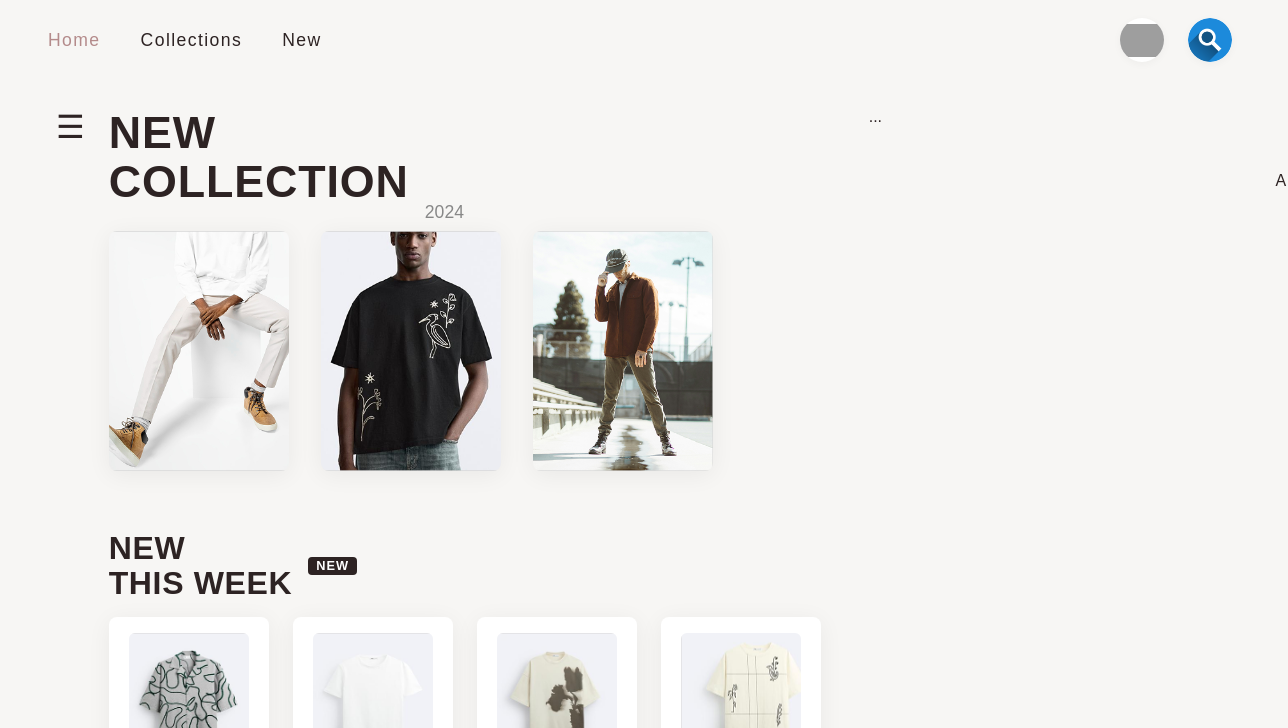
Repository: Diegoms0595/retail-dashboard-app
Page: index.html
These files come from the project's save history. The page is drawn as it stood at one moment and after the next save; the edit follows.
The browser window is 1280 px wide. The page is 1288 px wide, so the pictures cover 1288 px, including what lies to the right of the window. The pictures show the whole page.
Pictures or frames that could not be fetched are drawn as grey boxes. An inner scrolling area shows only its first screen.

Above is the page before, as saved 2025-06-24 20:32:10.

### index.html
<!DOCTYPE html>
<html lang="en">
<head>
  <meta charset="UTF-8" />
  <meta name="viewport" content="width=device-width, initial-scale=1.0"/>
  <title>XIV Fashion Home</title>
  <link rel="stylesheet" href="style.css" />
</head>
<body>

  <div data-include="header.html"></div>

  <div class="main-wrapper">
    <aside class="sidebar" id="sidebar">
      <div class="sidebar-menu">
        <span class="menu-icon" id="menuToggle">&#9776;</span>
        <div class="sidebar-links" id="sidebarLinks">
          <span>Home</span>
          <span>Collections</span>
          <span>New</span>
        </div>
      </div>
    </aside>

    <main class="main-content">
      <section class="hero-section">
        <div class="section-header">
          <h1 class="hero-title">NEW<br>COLLECTION</h1>
          <span class="section-subtitle">2024</span>
        </div>
        <div class="hero-products">
          <img src="Assets/hero1.png" alt="Product 1" />
          <img src="Assets/hero2.png" alt="Product 2" />
          <img src="Assets/hero3.png" alt="Product 3" />
        </div>
      </section>

      <section class="week-section">
        <div class="section-header">
          <h2 class="section-title">NEW<br>THIS WEEK <span class="new-badge">NEW</span></h2>
        </div>
        <div class="week-products">
          <div class="week-product">
            <img src="Assets/week1.png" alt="Pattern Shirt" />
            <div class="product-name">Pattern Shirt</div>
            <div class="product-price">$199</div>
          </div>
          <div class="week-product">
            <img src="Assets/week2.png" alt="White Tee" />
            <div class="product-name">White Tee</div>
            <div class="product-price">$150</div>
          </div>
          <div class="week-product">
            <img src="Assets/week3.png" alt="Beige Tee" />
            <div class="product-name">Beige Tee</div>
            <div class="product-price">$170</div>
          </div>
          <div class="week-product">
            <img src="Assets/week4.png" alt="Print Tee" />
            <div class="product-name">Print Tee</div>
            <div class="product-price">$160</div>
          </div>
        </div>
      </section>

      <section class="collection-section">
        <div class="section-header">
          <h2 class="section-title">XIV<br>COLLECTIONS<br>23-24</h2>
        </div>
        <div class="collection-products">
          <div class="collection-product">
            <img src="Assets/col1.png" alt="Green Shirt" />
            <div class="product-name">Green Shirt</div>
            <div class="product-price">$199</div>
          </div>
          <div class="collection-product">
            <img src="Assets/col2.png" alt="White Pants" />
            <div class="product-name">White Pants</div>
            <div class="product-price">$170</div>
          </div>
          <div class="collection-product">
            <img src="Assets/col3.png" alt="Beige Tee" />
            <div class="product-name">Beige Tee</div>
            <div class="product-price">$150</div>
          </div>
        </div>
      </section>

      <section class="approach-section">
        <h3>OUR APPROACH TO FASHION DESIGN</h3>
        <p>Minimal, aesthetic, and sustainable. We believe in timeless design and responsible production for a better future.</p>
        <div class="approach-gallery">
          <img src="Assets/look1.png" alt="Lookbook 1" />
          <img src="Assets/look2.png" alt="Lookbook 2" />
          <img src="Assets/look3.png" alt="Lookbook 3" />
          <img src="Assets/look4.png" alt="Lookbook 4" />
        </div>
      </section>
    </main>
    <div id="header"></div>
<main>...</main>
<div id="footer"></div>

<script>
  fetch('header.html')
    .then(res => res.text())
    .then(data => {
      document.getElementById('header').innerHTML = data;
    });

  fetch('footer.html')
    .then(res => res.text())
    .then(data => {
      document.getElementById('footer').innerHTML = data;
    });
</script>
</body>
</html>

### style.css
* {
  box-sizing: border-box;
}

html, body {
  margin: 10;
  padding: 0;
  font-family: 'Montserrat', Arial, sans-serif;
  background: #f7f6f4;
  color: #2d2323;
  height: 100%;
  width: 100%;
  overflow-x: hidden;
}

body {
  min-height: 100vh;
  width: 100vw;
}

.site-header {
  width: 100vw;
  height: 80px;
  display: flex;
  align-items: center;
  justify-content: space-between;
  padding: 0 48px;
  background: none;
  box-sizing: border-box;
  position: fixed;
  top: 0;
  left: 0;
  z-index: 10;
}

.main-nav {
  display: flex;
  gap: 40px;
}

.main-nav a {
  text-decoration: none;
  color: #2d2323;
  font-size: 1.1rem;
  letter-spacing: 0.08em;
  padding: 8px 0;
  transition: color 0.2s;
}

.main-nav a.active,
.main-nav a:hover {
  color: #b48b8b;
}

.top-icons {
  display: flex;
  gap: 24px;
  align-items: center;
}

.icon-btn {
  width: 44px;
  height: 44px;
  display: flex;
  align-items: center;
  justify-content: center;
  border-radius: 50%;
  background: #fff;
  border: none;
  box-shadow: 0 2px 8px rgba(0,0,0,0.04);
  cursor: pointer;
  padding: 0;
  overflow: hidden;
}

.icon-btn img {
  width: 100%;
  height: 100%;
  object-fit: contain;
  display: block;
}

.main-wrapper {
  display: flex;
  flex-direction: row;
  margin-top: 100px;
  width: 100vw;
  box-sizing: border-box;
}

.sidebar {
  width: 220px;
  background: none;
  padding: 0 24px 0 48px;
  font-size: 1rem;
  display: flex;
  flex-direction: column;
  gap: 32px;
}

.menu-icon {
  font-size: 2rem;
  margin-bottom: 24px;
  cursor: pointer;
}


.sidebar-links {
  display: flex;
  flex-direction: column;
  gap: 8px;
  margin-bottom: 24px;
}

.sidebar-filters {
  display: flex;
  flex-direction: column;
  gap: 10px;
}

.filter-title {
  font-weight: bold;
  margin-bottom: 10px;
}

.filter-group {
  margin-bottom: 8px;
  font-size: 0.95rem;
}

.filter-count {
  color: #888;
  font-size: 0.9em;
}

.main-content {
  flex: 1;
  display: flex;
  flex-direction: column;
  align-items: stretch;
  margin-right: 48px;
}

.hero-section {
  margin-top: 0;
  margin-bottom: 48px;
  display: flex;
  flex-direction: column;
  align-items: flex-start;
}

.section-header {
  display: flex;
  align-items: flex-end;
  justify-content: space-between;
  margin-bottom: 8px;
}

.hero-title {
  font-size: 2.8rem;
  font-weight: 800;
  margin: 0 0 16px 0;
  line-height: 1.1;
  letter-spacing: 0.02em;
}

.section-subtitle {
  font-size: 1.1rem;
  color: #888;
  margin-left: 16px;
}

.hero-products {
  display: flex;
  gap: 32px;
  margin-bottom: 12px;
}

.hero-products img {
  width: 180px;
  height: 240px;
  object-fit: cover;
  border-radius: 8px;
  box-shadow: 0 4px 24px rgba(0,0,0,0.06);
  background: #fff;
}

.section-title {
  font-size: 2rem;
  font-weight: 800;
  margin: 0 0 8px 0;
  line-height: 1.1;
  letter-spacing: 0.02em;
  display: flex;
  align-items: center;
  gap: 8px;
}

.new-badge {
  background: #2d2323;
  color: #fff;
  font-size: 0.8rem;
  border-radius: 4px;
  padding: 2px 8px;
  margin-left: 8px;
  font-weight: 600;
  letter-spacing: 0.08em;
}

.week-section {
  margin-bottom: 48px;
}

.week-products {
  display: flex;
  gap: 24px;
}

.week-product {
  background: #fff;
  border-radius: 8px;
  box-shadow: 0 4px 24px rgba(0,0,0,0.06);
  padding: 16px 8px 8px 8px;
  display: flex;
  flex-direction: column;
  align-items: center;
  width: 160px;
}

.week-product img {
  width: 120px;
  height: 140px;
  object-fit: cover;
  border-radius: 6px;
  margin-bottom: 8px;
  background: #fff;
}

.product-name {
  font-size: 1.05rem;
  font-weight: 600;
  margin-bottom: 2px;
  text-align: center;
}

.product-price {
  font-size: 1rem;
  color: #2d2323;
  font-weight: 700;
  margin-top: 4px;
}

.collection-section {
  margin-bottom: 48px;
}

.collection-products {
  display: flex;
  gap: 24px;
}

.collection-product {
  background: #fff;
  border-radius: 8px;
  box-shadow: 0 4px 24px rgba(0,0,0,0.06);
  padding: 16px 8px 8px 8px;
  display: flex;
  flex-direction: column;
  align-items: center;
  width: 160px;
}

.collection-product img {
  width: 120px;
  height: 140px;
  object-fit: cover;
  border-radius: 6px;
  margin-bottom: 8px;
  background: #fff;
}

.approach-section {
  margin: 64px 0 0 0;
  text-align: center;
}

.approach-section h3 {
  font-size: 1.3rem;
  font-weight: 700;
  margin-bottom: 8px;
  letter-spacing: 0.08em;
}

.approach-section p {
  font-size: 1rem;
  color: #6a5c5c;
  margin-bottom: 32px;
}

.approach-gallery {
  display: flex;
  justify-content: center;
  gap: 32px;
  margin-bottom: 48px;
}

.approach-gallery img {
  width: 140px;
  height: 180px;
  object-fit: cover;
  border-radius: 8px;
  background: #fff;
}

.site-footer {
  width: 100vw;
  display: flex;
  flex-direction: column;
  align-items: center;
  justify-content: center;
  padding: 32px 0 16px 0;
  background: none;
  box-sizing: border-box;
  margin-top: 32px;
}

.footer-links {
  display: flex;
  gap: 32px;
  margin-bottom: 16px;
}

.footer-links a {
  color: #2d2323;
  text-decoration: none;
  font-size: 1rem;
  letter-spacing: 0.08em;
  transition: color 0.2s;
}

.footer-links a:hover {
  color: #b48b8b;
}

.footer-brand {
  display: flex;
  align-items: center;
  gap: 16px;
  font-size: 1.3rem;
  font-weight: 700;
  letter-spacing: 0.1em;
  margin-top: 8px;
}

.footer-arrow {
  font-size: 1.5rem;
}

.footer-xiv {
  font-size: 1.5rem;
  font-weight: 900;
}

.footer-qr {
  font-size: 1.1rem;
  font-weight: 700;
}

.sidebar-links {
  display: none;
  flex-direction: column;
  gap: 10px;
  margin-top: 10px;
}

.sidebar-links span {
  cursor: pointer;
  padding: 5px 10px;
  transition: background 0.3s;
}

.sidebar-links span:hover {
  background-color: #f0f0f0;
}

.sidebar-links.show {
  display: flex;
}

### header.html
<header class="site-header">
  <nav class="main-nav">
    <a href="#" class="active">Home</a>
    <a href="#">Collections</a>
    <a href="#">New</a>
  </nav>
  <div class="top-icons">
    <button class="icon-btn">
      <img src="Assets/shopping-cart.png" alt="Cart Icon">
    </button>
    <button class="icon-btn">
      <img src="Assets/magnifying-glass-1083378_1280.png" alt="Search Icon">
    </button>
  </div>
</header>

### footer.html
 <!-- Footer -->
  <footer class="site-footer">
    <div class="footer-links">
      <a href="#">About Us</a>
      <a href="#">Contact</a>
      <a href="#">Privacy Policy</a>
      <a href="#">Terms of Service</a>
    </div>
    <div class="footer-brand">
      <span class="footer-arrow">&#9654;</span>
      <span class="footer-xiv">XIV</span>
      <span class="footer-qr">QR</span>
    </div>
  </footer>

After the next save:
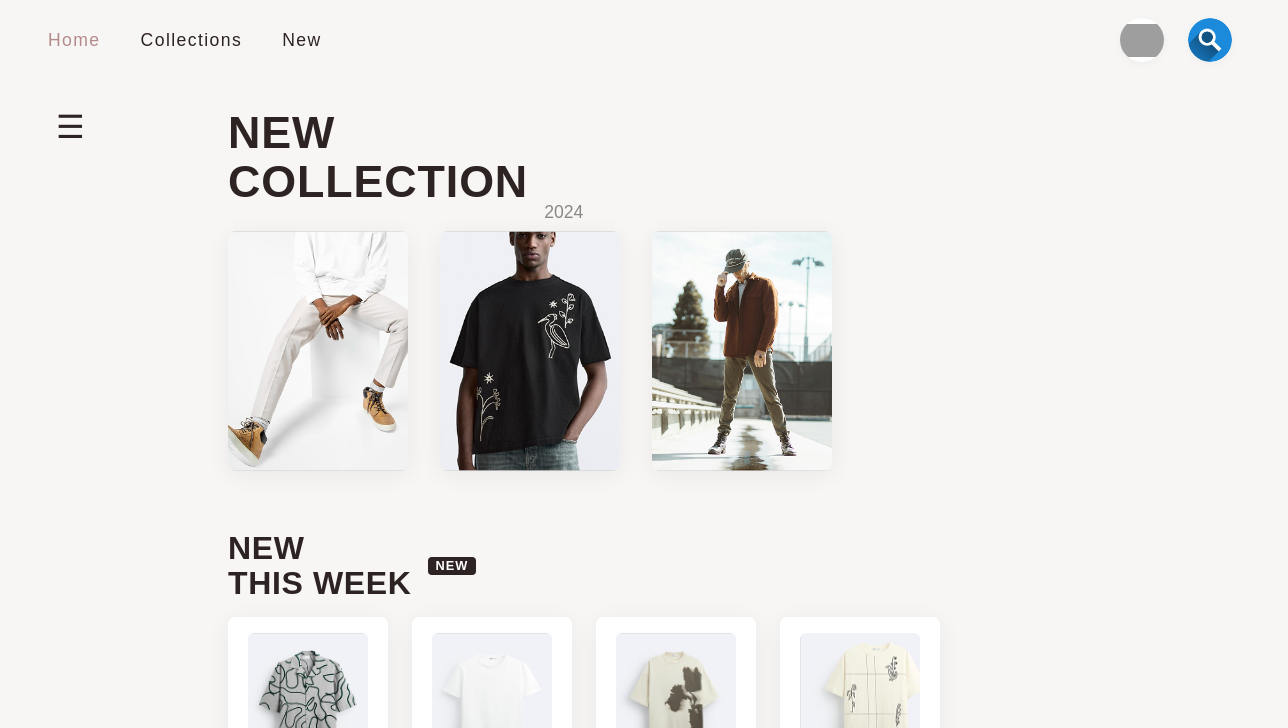
Saved 2 min 39 s later.
--- a/index.html
+++ b/index.html
@@ -8,7 +8,7 @@
 </head>
 <body>
 
-  <div data-include="header.html"></div>
+  <div id="header"></div> <!-- Mueve el header aquí -->
 
   <div class="main-wrapper">
     <aside class="sidebar" id="sidebar">
@@ -97,22 +97,22 @@
         </div>
       </section>
     </main>
-    <div id="header"></div>
-<main>...</main>
-<div id="footer"></div>
+  </div>
 
-<script>
-  fetch('header.html')
-    .then(res => res.text())
-    .then(data => {
-      document.getElementById('header').innerHTML = data;
-    });
+  <div id="footer"></div> <!-- Mueve el footer aquí -->
 
-  fetch('footer.html')
-    .then(res => res.text())
-    .then(data => {
-      document.getElementById('footer').innerHTML = data;
-    });
-</script>
+  <script>
+    fetch('header.html')
+      .then(res => res.text())
+      .then(data => {
+        document.getElementById('header').innerHTML = data;
+      });
+
+    fetch('footer.html')
+      .then(res => res.text())
+      .then(data => {
+        document.getElementById('footer').innerHTML = data;
+      });
+  </script>
 </body>
 </html>
